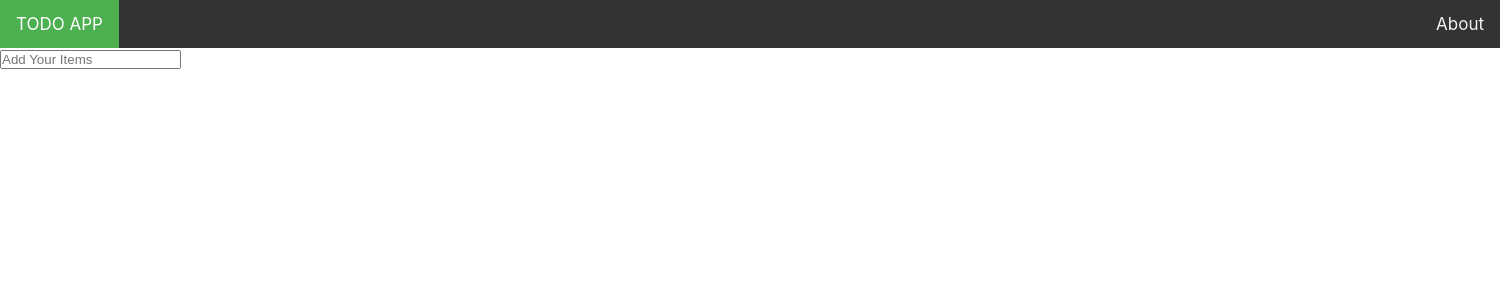
Repository: hoangphuong965/myTodoList
Page: /
These files come from the project's save history. The page is drawn as it stood at one moment and after a run of saves; the edit follows.
The browser window is 1280 px wide. The page is 1500 px wide, so the pictures cover 1500 px, including what lies to the right of the window. The pictures show the whole page.
The project was rebuilt for these pictures with package versions that can differ from the ones it lists, and the page was loaded fresh each time.

Above is the page before, as saved 2020-06-01 09:30:26.

After the next 2 saves:
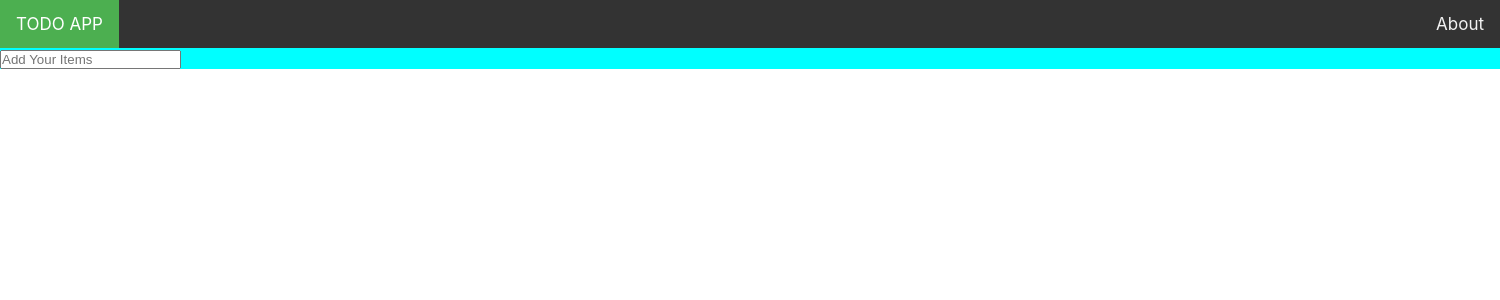
The 2 saves are shown as one change because they came seconds apart.
The last was saved 37 s later.
--- a/src/components/todo.css
+++ b/src/components/todo.css
@@ -7,5 +7,5 @@
 .container{
     margin: 0 auto;
     width: 1500px;
-
+    background-color: aqua;
 }

After the save that followed:
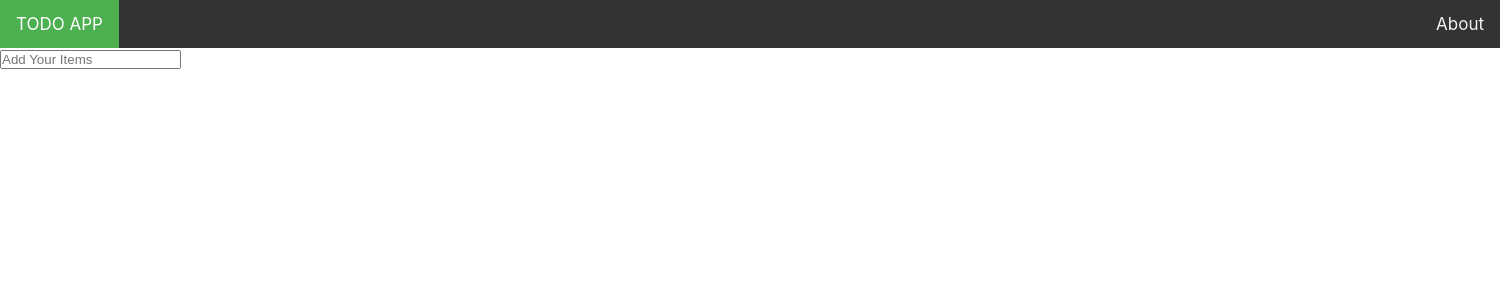
Saved 6 s later.
--- a/src/components/todo.css
+++ b/src/components/todo.css
@@ -7,5 +7,5 @@
 .container{
     margin: 0 auto;
     width: 1500px;
-    background-color: aqua;
+
 }
